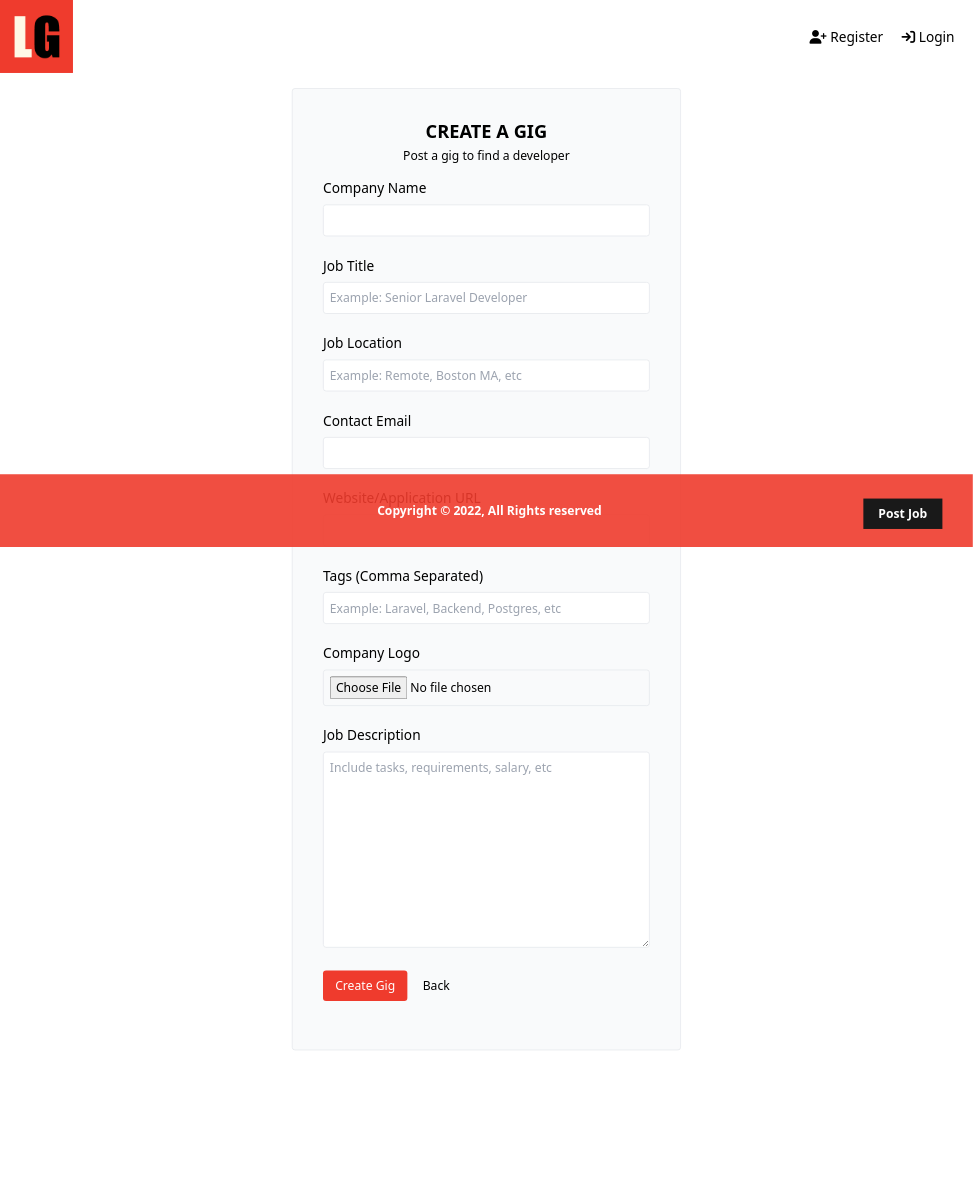
Repository: harvir619/jobListingLaravelWebsite
Page: http://localhost/listings/create
An editor plug-in stored every save of this project. The page is shown before and after the next save, followed by the edit.
The browser window is 1280 px wide. The pictures show the whole page, at 76% of full size.
Some web libraries are served in a nearby version. The page is served by the project's Laravel application, run on PHP 8.4 with Laravel 9. Other server files are loaded and not shown.

Above is the page before, as saved 2022-07-22 15:43:50.

### app/Providers/AppServiceProvider.php
<?php

namespace App\Providers;

use Illuminate\Database\Eloquent\Model;
use Illuminate\Support\ServiceProvider;

class AppServiceProvider extends ServiceProvider
{
    /**
     * Register any application services.
     *
     * @return void
     */
    public function register()
    {
        //
    }

    /**
     * Bootstrap any application services.
     *
     * @return void
     */
    public function boot()
    {
        Model::unguard();
    }
}

### routes/web.php
<?php

use Illuminate\Http\Request;
use Illuminate\Support\Facades\Route;
use App\Http\Controllers\UserController;
use App\Http\Controllers\ListingController;

/*
|--------------------------------------------------------------------------
| Web Routes
|--------------------------------------------------------------------------
|
| Here is where you can register web routes for your application. These
| routes are loaded by the RouteServiceProvider within a group which
| contains the "web" middleware group. Now create something great!
|
*/
//ALL Listings
Route::get('/', [ListingController::class, 'index']);


//Show Create Form
Route::get('/listings/create', [ListingController::class, 'create']);

//Store Listing Data
Route::post('/listings', [ListingController::class, 'store']);

//Show Edit Form
Route::get('listings/{listing}/edit', [ListingController::class, 'edit']);

//Update Listing
Route::put('/listings/{listing}', [ListingController::class, 'update']);

//Delete Listing
Route::delete('listings/{listing}', [ListingController::class, 'destroy']);

//Single Listing
Route::get('/listings/{listing}', [ListingController::class, 'show']);

//Show Registration/Create Form
Route::get('/register', [UserController::class, 'create']);

//Create New Users
Route::post('/users', [UserController::class, 'store']);













// Route::get("/hello",function(){
//     return response('<h1>Hello</h1>',200)
//     ->header('Content-Type','text/plain')
//     ->header('foo','bar');
// });

// Route::get("/posts/{id}",function($id){
//     ddd($id);
//     return response('Post'.$id);
// })->where('id','[0-9]+');

// Route::get('/search',function(Request $request){
//     dd($request->name.'   '.$request->city);
// });



// Route::get('/listings/{id}',function($id){
//     $listing =ModelsListing::find($id);
//     if($listing){
//         return view('listing',['listing'=>$listing,]);
//     } else{ abort('404'); }});

### app/Http/Controllers/ListingController.php
<?php

namespace App\Http\Controllers;

use App\Models\Listing;
use Illuminate\Http\Request;
use Illuminate\Validation\Rule;

class ListingController extends Controller
{
    //Get and Show All Listings
    public function index()
    {
        //dd(request('tag'));
        return view(
            'listings.index',
            [
                'heading' => 'Latest Gigs',
                'listings' => Listing::latest()->filter(request(['tag', 'search']))->paginate(6),

            ]
        );
    }
    //Show Single Listing
    public function show(Listing $listing)
    {
        return view('listings.show', ['listing' => $listing,]);
    }


    //Show Create Form
    public function create()
    {
        return view('listings.create');
    }

    //Store Form Listing Data
    public function store(Request $request)
    {
        $formFields = $request->validate([
            'title' => 'required',
            'company' => ['required', Rule::unique('listings', 'company')],
            'location' => 'required',
            'website' => 'required',
            'email' => ['required', 'email'],
            'tags' => 'required',
            'description' => 'required'

        ]);

        if ($request->hasFile('logo')) {
            $formFields['logo'] = $request->file('logo')->store('logos', 'public');
        }

        Listing::create($formFields);


        return redirect('/')->with('message', 'Listing created Successfully!');
    }



    //Show Edit Form
    public function edit(Listing $listing)
    {
        return view('listings.edit', ['listing' => $listing]);
    }

    public function update(Request $request, Listing $listing)
    {
        $formFields = $request->validate([
            'title' => 'required',
            'company' => 'required',
            'location' => 'required',
            'website' => 'required',
            'email' => ['required', 'email'],
            'tags' => 'required',
            'description' => 'required'

        ]);

        if ($request->hasFile('logo')) {
            $formFields['logo'] = $request->file('logo')->store('logos', 'public');
        }

        $listing->update($formFields);


        return back()->with('message', 'Listing updated Successfully!');
    }


    public function destroy(Listing $listing)
    {
        $listing->delete();
        return redirect('/')->with('message', 'Listing Deleted Successfully');
    }
}

### resources/views/listings/create.blade.php
@extends('components.layout')

@section('content')
    <div class="bg-gray-50 border border-gray-200 p-10 rounded max-w-lg mx-auto mt-5">
        <header class="text-center">
            <h2 class="text-2xl font-bold uppercase mb-1">
                Create a Gig
            </h2>
            <p class="mb-4">Post a gig to find a developer</p>
        </header>

        <form method="POST" action="/listings" enctype="multipart/form-data">
            @csrf
            <div class="mb-6">
                <label for="company" class="inline-block text-lg mb-2">Company Name</label>
                <input type="text" class="border border-gray-200 rounded p-2 w-full" name="company"
                    value="{{ old('company') }}" />


                @error('company')
                    <p class="text-red-500 text-xs mt-1">{{ $message }}</p>
                @enderror
            </div>

            <div class="mb-6">
                <label for="title" class="inline-block text-lg mb-2">Job Title</label>
                <input type="text" class="border border-gray-200 rounded p-2 w-full" name="title"
                    value="{{ old('title') }}" placeholder="Example: Senior Laravel Developer" />
                @error('title')
                    <p class="text-red-500 text-xs mt-1">{{ $message }}</p>
                @enderror
            </div>

            <div class="mb-6">
                <label for="location" class="inline-block text-lg mb-2">Job Location</label>
                <input type="text" class="border border-gray-200 rounded p-2 w-full" name="location"
                    value="{{ old('location') }}" placeholder="Example: Remote, Boston MA, etc" />
                @error('location')
                    <p class="text-red-500 text-xs mt-1">{{ $message }}</p>
                @enderror
            </div>

            <div class="mb-6">
                <label for="email" class="inline-block text-lg mb-2">Contact Email</label>
                <input type="text" class="border border-gray-200 rounded p-2 w-full" name="email"
                    value="{{ old('email') }}" />
                @error('email')
                    <p class="text-red-500 text-xs mt-1">{{ $message }}</p>
                @enderror

            </div>

            <div class="mb-6">
                <label for="website" class="inline-block text-lg mb-2">
                    Website/Application URL
                </label>
                <input type="text" class="border border-gray-200 rounded p-2 w-full" name="website"
                    value="{{ old('website') }}" />
                @error('website')
                    <p class="text-red-500 text-xs mt-1">{{ $message }}</p>
                @enderror
            </div>

            <div class="mb-6">
                <label for="tags" class="inline-block text-lg mb-2">
                    Tags (Comma Separated)
                </label>
                <input type="text" class="border border-gray-200 rounded p-2 w-full" name="tags"
                    value="{{ old('tags') }}" placeholder="Example: Laravel, Backend, Postgres, etc" />
                @error('tags')
                    <p class="text-red-500 text-xs mt-1">{{ $message }}</p>
                @enderror
            </div>

            <div class="mb-6">
                <label for="logo" class="inline-block text-lg mb-2">
                    Company Logo
                </label>
                <input type="file" class="border border-gray-200 rounded p-2 w-full" name="logo"
                    value="{{ old('logo') }}" />
                @error('logo')
                    <p class="text-red-500 text-xs mt-1">{{ $message }}</p>
                @enderror

            </div>

            <div class="mb-6">
                <label for="description" class="inline-block text-lg mb-2">
                    Job Description
                </label>
                <textarea class="border border-gray-200 rounded p-2 w-full" name="description" rows="10"
                    value="{{ old('description') }}" placeholder="Include tasks, requirements, salary, etc"></textarea>
                @error('description')
                    <p class="text-red-500 text-xs mt-1">{{ $message }}</p>
                @enderror
            </div>

            <div class="mb-6">
                <button class="bg-laravel text-white rounded py-2 px-4 hover:bg-black">
                    Create Gig
                </button>

                <a href="/" class="text-black ml-4"> Back </a>
            </div>
        </form>
    </div>
@endsection

### resources/views/components/layout.blade.php
<!DOCTYPE html>
<html lang="en">

<head>
    <meta charset="UTF-8" />
    <meta http-equiv="X-UA-Compatible" content="IE=edge" />
    <meta name="viewport" content="width=device-width, initial-scale=1.0" />
    <link rel="icon" href="images/favicon.ico" />
    <script src="//unpkg.com/alpinejs" defer></script>

    <link rel="stylesheet" href="https://cdnjs.cloudflare.com/ajax/libs/font-awesome/6.1.1/css/all.min.css"
        integrity="sha512-KfkfwYDsLkIlwQp6LFnl8zNdLGxu9YAA1QvwINks4PhcElQSvqcyVLLD9aMhXd13uQjoXtEKNosOWaZqXgel0g=="
        crossorigin="anonymous" referrerpolicy="no-referrer" />
    <script src="https://cdn.tailwindcss.com"></script>
    <script>
        tailwind.config = {
            theme: {
                extend: {
                    colors: {
                        laravel: "#ef3b2d",
                    },
                },
            },
        };
    </script>
    <title>LaraGigs | Find Laravel Jobs & Projects</title>
</head>

<body class="mb-48">
    <nav class="flex justify-between items-center mb-4">
        <a href="/"><img class="w-24" src="{{ asset('images/logo.png') }}" alt=""
                class="logo" /></a>
        <ul class="flex space-x-6 mr-6 text-lg">
            <li>
                <a href="/register" class="hover:text-laravel"><i class="fa-solid fa-user-plus"></i> Register</a>
            </li>
            <li>
                <a href="/login" class="hover:text-laravel"><i class="fa-solid fa-arrow-right-to-bracket"></i>
                    Login</a>
            </li>
        </ul>
    </nav>
    @yield('content')
    </main>

    <footer
        class="fixed bottom-0 left-0 w-full flex items-center justify-start font-bold bg-laravel text-white h-24 mt-24 opacity-90 md:justify-center">
        <p class="ml-2">Copyright &copy; 2022, All Rights reserved</p>

        <a href="/listings/create" class="absolute top-1/3 right-10 bg-black text-white py-2 px-5">Post Job</a>
    </footer>
    <x-flash-message />
</body>

</html>

### resources/views/components/flash-message.blade.php
@if (session()->has('message'))
    <div x=data="{show:true}" x-init="setTimeout(() => show = false, 3000)" x-show="show"
        class="fixed top-0 left-1/2 transform -translate-x-1/2 bg-laravel text-white px-48 py-3">
        <p>{{ session('message') }}</p>
    </div>
@endif

Loaded but not shown: app/Http/Controllers/Controller.php (common file)

After the next save:
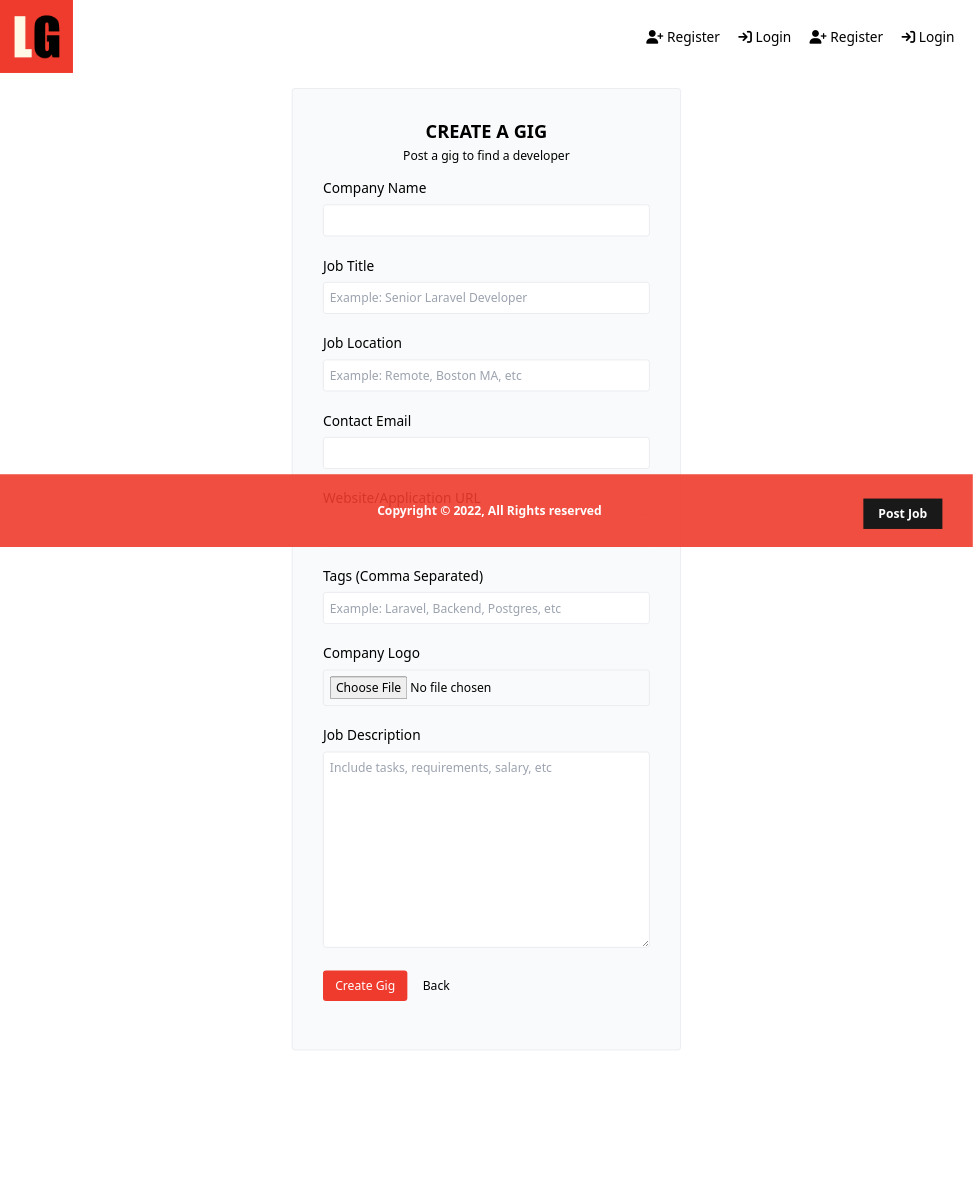
Saved 10 min 59 s later.
--- a/resources/views/components/layout.blade.php
+++ b/resources/views/components/layout.blade.php
@@ -31,6 +31,13 @@
         <a href="/"><img class="w-24" src="{{ asset('images/logo.png') }}" alt=""
                 class="logo" /></a>
         <ul class="flex space-x-6 mr-6 text-lg">
+             <li>
+                <a href="/register" class="hover:text-laravel"><i class="fa-solid fa-user-plus"></i> Register</a>
+            </li>
+            <li>
+                <a href="/login" class="hover:text-laravel"><i class="fa-solid fa-arrow-right-to-bracket"></i>
+                    Login</a>
+            </li>
             <li>
                 <a href="/register" class="hover:text-laravel"><i class="fa-solid fa-user-plus"></i> Register</a>
             </li>
